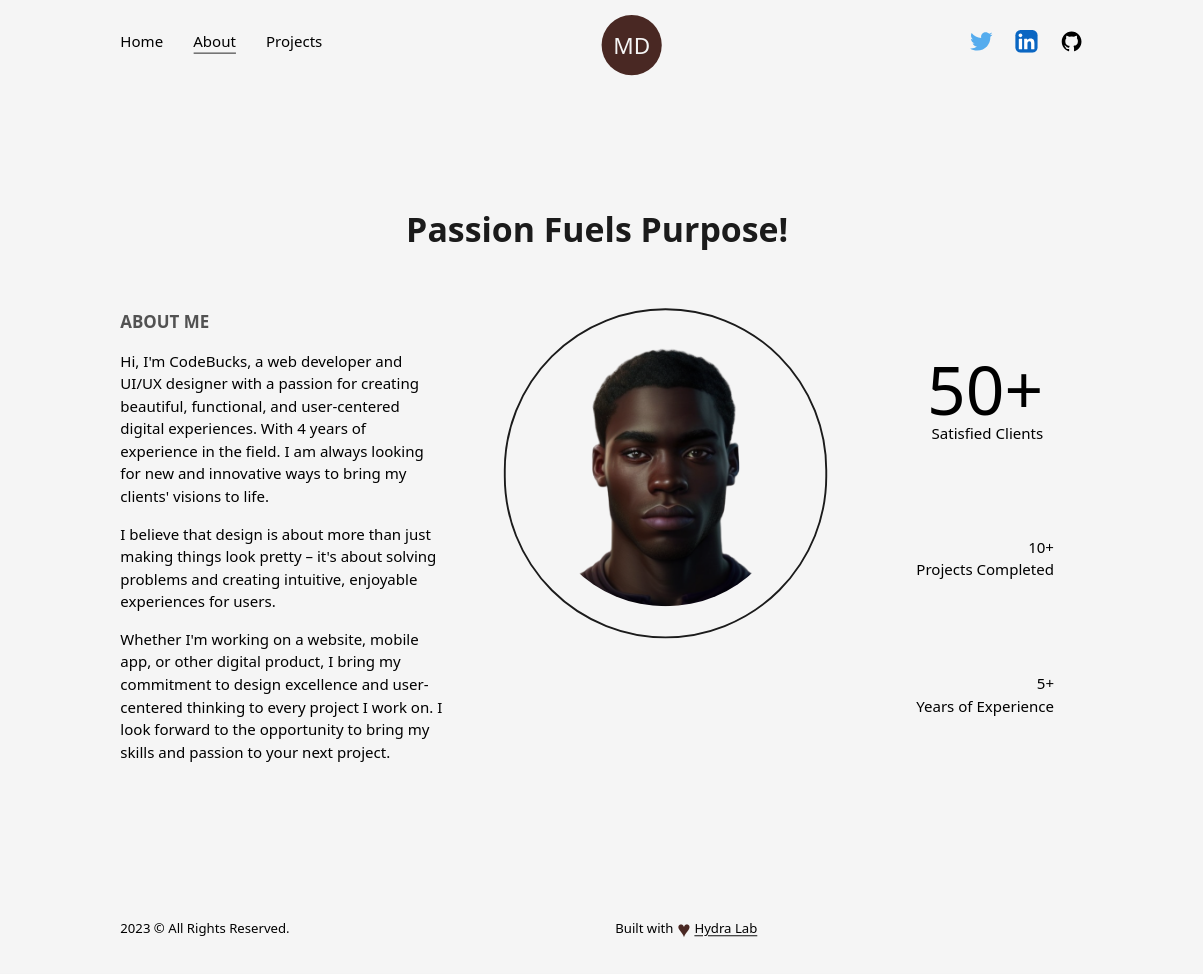
Repository: marcusdashe/situs
Page: /about
These files come from the project's save history. The page is drawn as it stood at one moment and after the next save; the edit follows.
The browser window is 1280 px wide. The pictures show the whole page, at 94% of full size.
The project was rebuilt for these pictures with package versions that can differ from the ones it lists, and the page was loaded fresh each time. The framework's server and built-in components were replaced by stand-ins that run in the browser.

Above is the page before, as saved 2023-06-29 14:27:12.

After the next save:
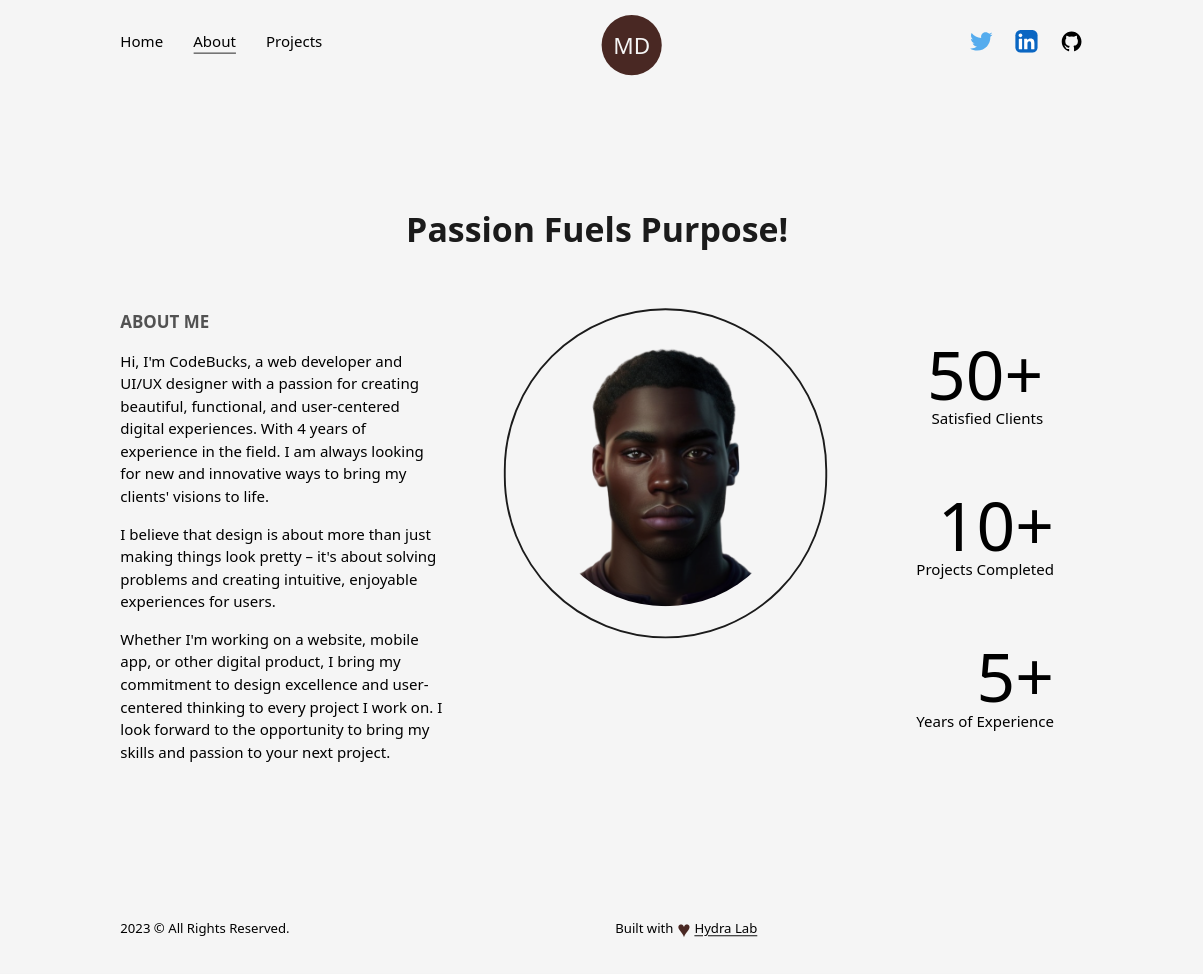
Saved 51 s later.
--- a/src/pages/about.js
+++ b/src/pages/about.js
@@ -59,11 +59,11 @@ const About = () => {
               </div>
 
               <div className="flex flex-col items-end justify-center">
-                <span>10+</span>
+                <span className="inline-block text-7xl">10+</span>
                 <h2>Projects Completed</h2>
               </div>
               <div className="flex flex-col items-end justify-center">
-                <span>5+</span>
+                <span className="inline-block text-7xl">5+</span>
                 <h2>Years of Experience</h2>
               </div>
             </div>
